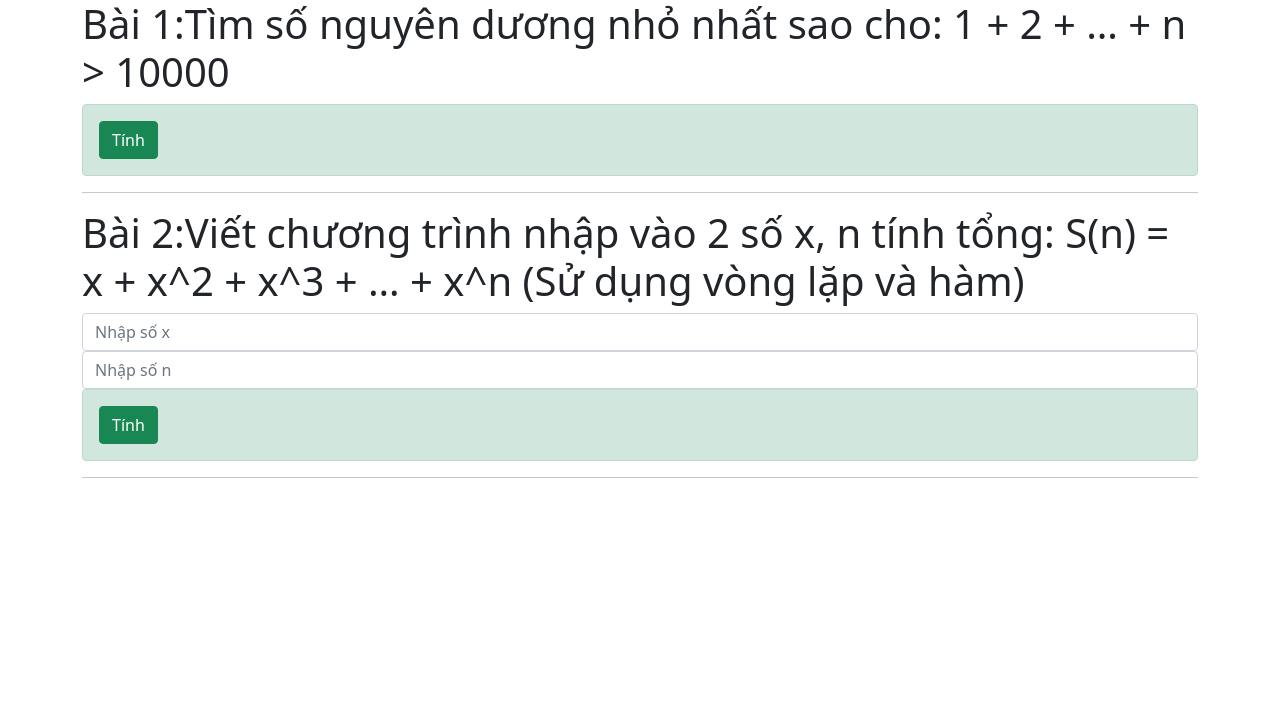
Repository: qkhanh1104k/Js-buoi6_vonglap
Page: index.html
These files come from the project's save history. The page is drawn as it stood at one moment and after the next save; the edit follows.
The browser window is 1280 px wide. The pictures show the whole page.

Above is the page before, as saved 2022-07-21 13:17:16.

After the next save:
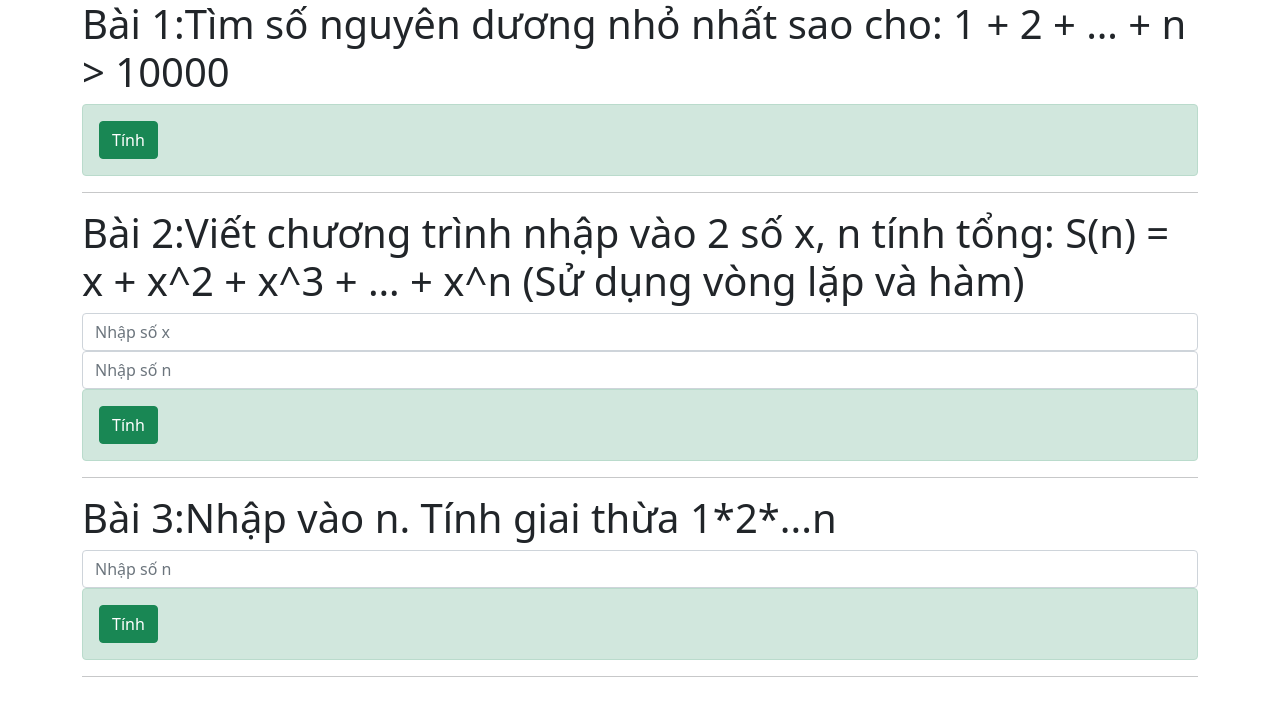
Saved 32 min 6 s later.
--- a/index.html
+++ b/index.html
@@ -33,6 +33,16 @@
           </div>
       </div>
       <hr />
+      <h1>
+        Bài 3:Nhập vào n. Tính giai thừa 1*2*...n
+      </h1>
+      <div>
+        <input type="text" id="txtNumBt3" class="form-control" placeholder="Nhập số n">
+          <div class="alert alert-success" id="resBt3">
+            <button class="btn btn-success" onclick="demoWhile3()">Tính</button>
+          </div>
+      </div>
+      <hr />
     </div>
     <script src="./index.js"></script>
   </body>
--- a/index.js
+++ b/index.js
@@ -24,3 +24,14 @@ function demoWhile2() {
   } while (i < value);
   document.getElementById("resBt2").innerHTML = total ;
 }
+// bài tập 3:
+function demoWhile3() {
+    var value = +document.getElementById("txtNumBt3").value;
+    var total = 0;
+    var i = 0;
+    do {
+      i++;
+      total += total*i;
+    } while (i < value);
+    document.getElementById("resBt3").innerHTML = total ;
+  }
